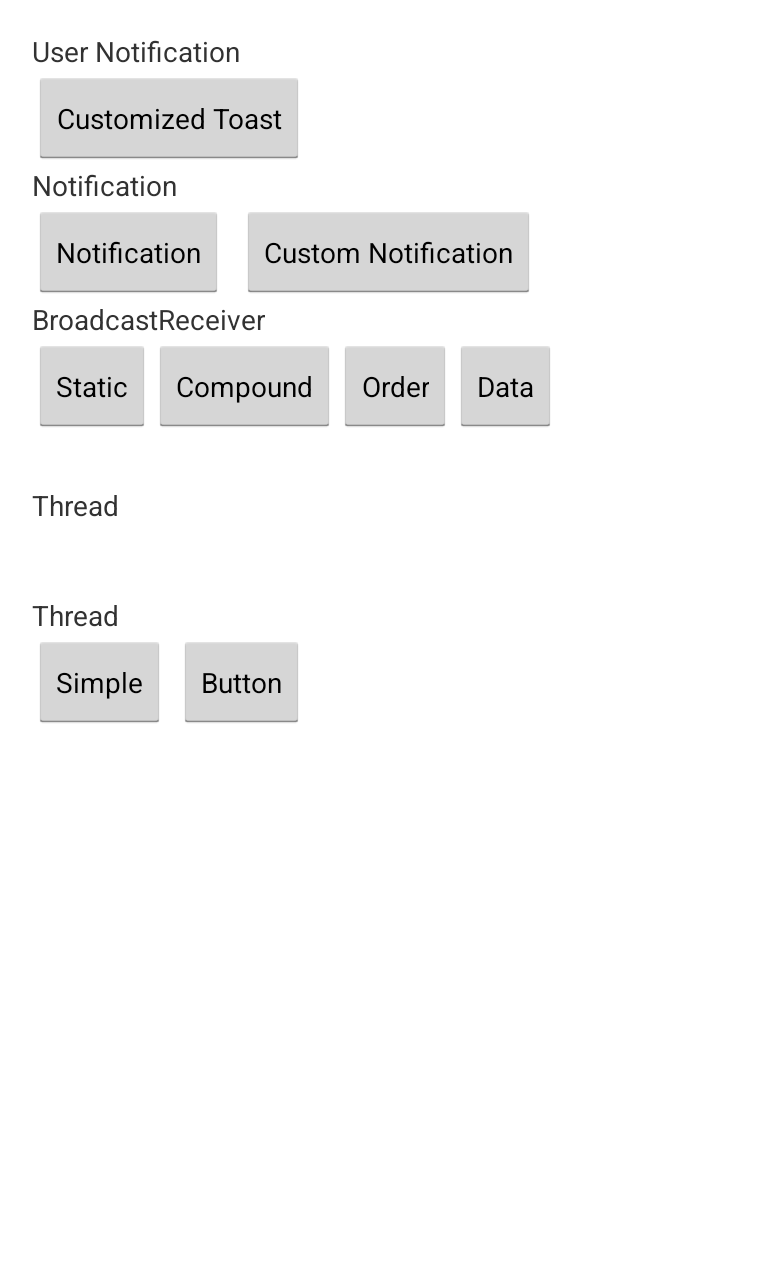
Repository: Amir13/Android_Basic_Steps
Layout: ViewElements2/res/layout/activity_main.xml
These files come from the project's save history. The layout is drawn as it stood at one moment and after the next save; the edit follows.
It is drawn on a 768 x 1280 px phone screen (xhdpi) without system bars, with theme AppTheme; the app's code is not run.

Above is the layout before, as saved 2014-05-31 11:56:23.

### ViewElements2/res/layout/activity_main.xml
<RelativeLayout xmlns:android="http://schemas.android.com/apk/res/android"
    xmlns:tools="http://schemas.android.com/tools"
    android:layout_width="match_parent"
    android:layout_height="match_parent"
    android:paddingBottom="@dimen/activity_vertical_margin"
    android:paddingLeft="@dimen/activity_horizontal_margin"
    android:paddingRight="@dimen/activity_horizontal_margin"
    android:paddingTop="@dimen/activity_vertical_margin"
    tools:context=".MainActivity" >

    <TextView
        android:id="@+id/textView1"
        android:layout_width="wrap_content"
        android:layout_height="wrap_content"
        android:text="@string/user_notification" />

    <Button
        android:id="@+id/buttonToast"
        style="?android:attr/buttonStyleSmall"
        android:layout_width="wrap_content"
        android:layout_height="wrap_content"
        android:layout_alignLeft="@+id/textView1"
        android:layout_below="@+id/textView1"
        android:text="@string/customized_toast" />

    <Button
        android:id="@+id/buttonNotification"
        style="?android:attr/buttonStyleSmall"
        android:layout_width="wrap_content"
        android:layout_height="wrap_content"
        android:layout_alignLeft="@+id/textView2"
        android:layout_below="@+id/textView2"
        android:text="@string/notification" />

    <Button
        android:id="@+id/buttonCustomNotification"
        style="?android:attr/buttonStyleSmall"
        android:layout_width="wrap_content"
        android:layout_height="wrap_content"
        android:layout_alignBaseline="@+id/buttonNotification"
        android:layout_alignBottom="@+id/buttonNotification"
        android:layout_toRightOf="@+id/textView1"
        android:text="@string/custom_notification" />

    <Button
        android:id="@+id/buttonBroadcastSingle"
        style="?android:attr/buttonStyleSmall"
        android:layout_width="wrap_content"
        android:layout_height="wrap_content"
        android:layout_alignLeft="@+id/textView3"
        android:layout_below="@+id/textView3"
        android:text="@string/broadcast_static" />

    <TextView
        android:id="@+id/textView3"
        android:layout_width="wrap_content"
        android:layout_height="wrap_content"
        android:layout_alignLeft="@+id/buttonNotification"
        android:layout_below="@+id/buttonNotification"
        android:text="@string/broadcast" />

    <TextView
        android:id="@+id/textView2"
        android:layout_width="wrap_content"
        android:layout_height="wrap_content"
        android:layout_alignLeft="@+id/buttonToast"
        android:layout_below="@+id/buttonToast"
        android:text="@string/notification" />

    <Button
        android:id="@+id/buttonBrOrder"
        style="?android:attr/buttonStyleSmall"
        android:layout_width="wrap_content"
        android:layout_height="wrap_content"
        android:layout_alignBaseline="@+id/buttonBroadcastSingle"
        android:layout_alignBottom="@+id/buttonBroadcastSingle"
        android:layout_toRightOf="@+id/buttonBroadcastSingle"
        android:text="@string/buttonBrCompound" />

    <Button
        android:id="@+id/buttonBrCompoundOrder"
        style="?android:attr/buttonStyleSmall"
        android:layout_width="wrap_content"
        android:layout_height="wrap_content"
        android:layout_alignBaseline="@+id/buttonBrOrder"
        android:layout_alignBottom="@+id/buttonBrOrder"
        android:layout_toRightOf="@+id/buttonBrOrder"
        android:text="@string/buttonBrOrder" />

    <Button
        android:id="@+id/buttonBrCollectData"
        style="?android:attr/buttonStyleSmall"
        android:layout_width="wrap_content"
        android:layout_height="wrap_content"
        android:layout_alignBaseline="@+id/buttonBrCompoundOrder"
        android:layout_alignBottom="@+id/buttonBrCompoundOrder"
        android:layout_toRightOf="@+id/buttonBrCompoundOrder"
        android:text="@string/buttonBrData" />

    <TextView
        android:id="@+id/textView4"
        android:layout_width="wrap_content"
        android:layout_height="wrap_content"
        android:layout_alignLeft="@+id/textViewBr"
        android:layout_below="@+id/textViewBr"
        android:layout_marginTop="36dp"
        android:text="@string/thread" />

    <TextView
        android:id="@+id/textViewBr"
        android:layout_width="wrap_content"
        android:layout_height="wrap_content"
        android:layout_alignLeft="@+id/buttonBroadcastSingle"
        android:layout_below="@+id/buttonBroadcastSingle"
        android:layout_marginTop="26dp"
        android:text="@string/thread" />

    <Button
        android:id="@+id/buttonSimpleThread"
        style="?android:attr/buttonStyleSmall"
        android:layout_width="wrap_content"
        android:layout_height="wrap_content"
        android:layout_alignLeft="@+id/textView4"
        android:layout_below="@+id/textView4"
        android:text="@string/simple_thread" />

    <Button
        android:id="@+id/buttonAsync"
        style="?android:attr/buttonStyleSmall"
        android:layout_width="wrap_content"
        android:layout_height="wrap_content"
        android:layout_alignTop="@+id/buttonSimpleThread"
        android:layout_toRightOf="@+id/textView2"
        android:text="@string/btn" />

</RelativeLayout>

### ViewElements2/res/values/strings.xml
<?xml version="1.0" encoding="utf-8"?>
<resources>

    <string name="app_name">ViewElements</string>
    <string name="action_settings">Settings</string>
    <string name="user_notification">User Notification</string>
    <string name="customized_toast">Customized Toast</string>
    <string name="message">This is a Layout used for customized a Toast and Notification</string>
    <string name="notification">Notification</string>
    <string name="title_activity_notification_second">NotificationSecondActivity</string>
    <string name="notification_second_activity">This second activity was invoked from the notification bar.</string>
    <string name="custom_notification">Custom Notification</string>
    <string name="broadcast">BroadcastReceiver</string>
    <string name="broadcast_static">Static</string>
    <string name="buttonBrCompound">Compound</string>
    <string name="buttonBrOrder">Order</string>
    <string name="buttonBrData">Data</string>
    <string name="title_activity_simple_thread">SimpleThreadActivity</string>
    <string name="thread">Thread</string>
    <string name="simple_thread">Simple</string>
    <string name="simple_thread_desc">This example only load a picture by a thread.</string>
    <string name="btn_load_image">Load Image</string>
    <string name="btn_toast">Toast</string>
    <string name="btn">Button</string>

</resources>

Loaded but not shown: ViewElements2/res/values/styles.xml (common file); ViewElements2/res/values-v11/styles.xml (common file); ViewElements2/res/values-v14/styles.xml (common file); ViewElements2/res/values/dimens.xml (common file)

After the next save:
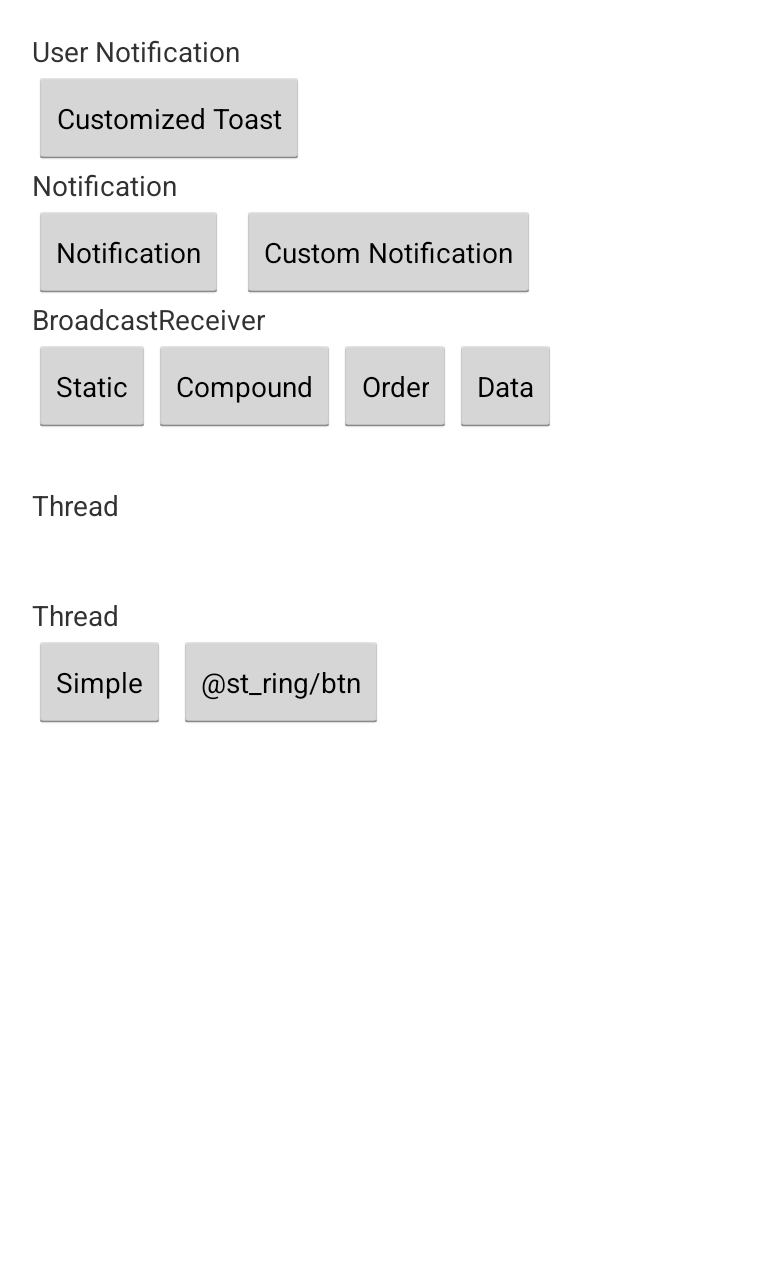
Saved 6 s later.
--- a/ViewElements2/res/layout/activity_main.xml
+++ b/ViewElements2/res/layout/activity_main.xml
@@ -131,6 +131,6 @@
         android:layout_height="wrap_content"
         android:layout_alignTop="@+id/buttonSimpleThread"
         android:layout_toRightOf="@+id/textView2"
-        android:text="@string/btn" />
+        android:text="@st_ring/btn" />
 
 </RelativeLayout>

After the save that followed:
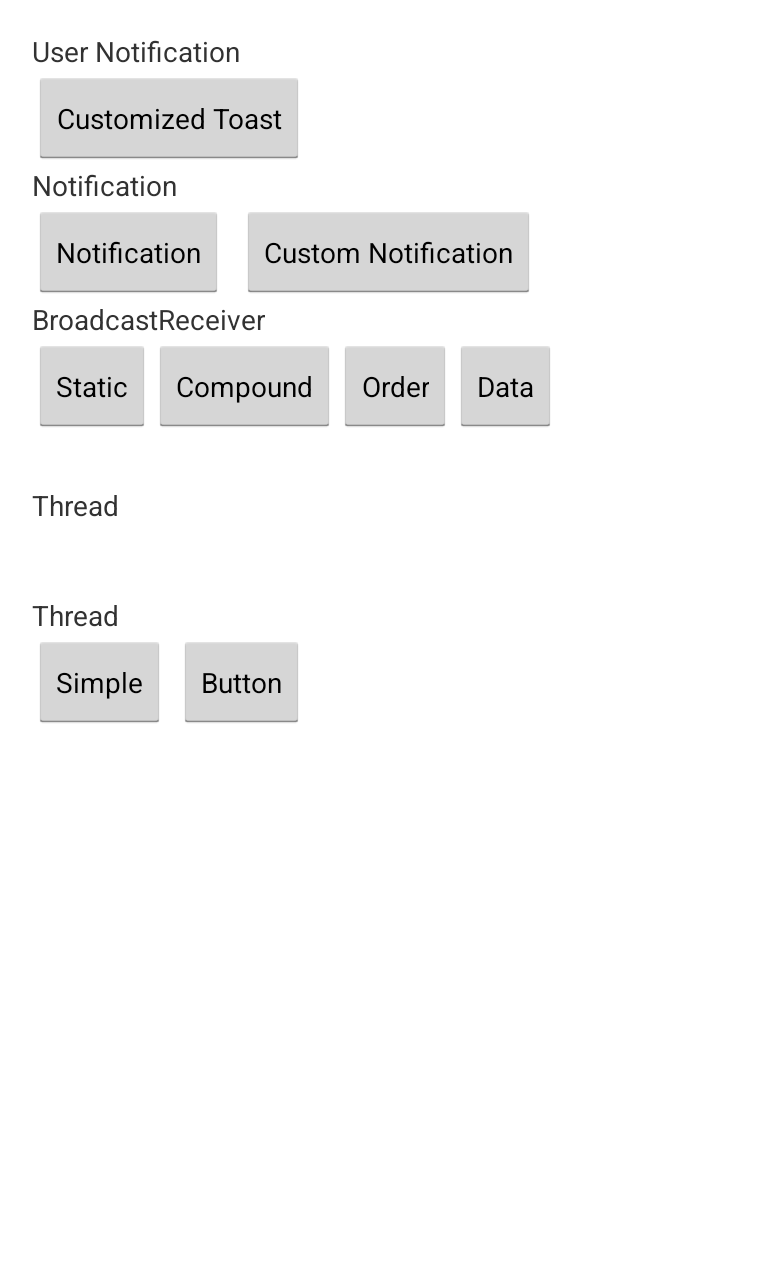
Saved 6 s later.
--- a/ViewElements2/res/layout/activity_main.xml
+++ b/ViewElements2/res/layout/activity_main.xml
@@ -131,6 +131,6 @@
         android:layout_height="wrap_content"
         android:layout_alignTop="@+id/buttonSimpleThread"
         android:layout_toRightOf="@+id/textView2"
-        android:text="@st_ring/btn" />
+        android:text="@string/btn" />
 
 </RelativeLayout>
